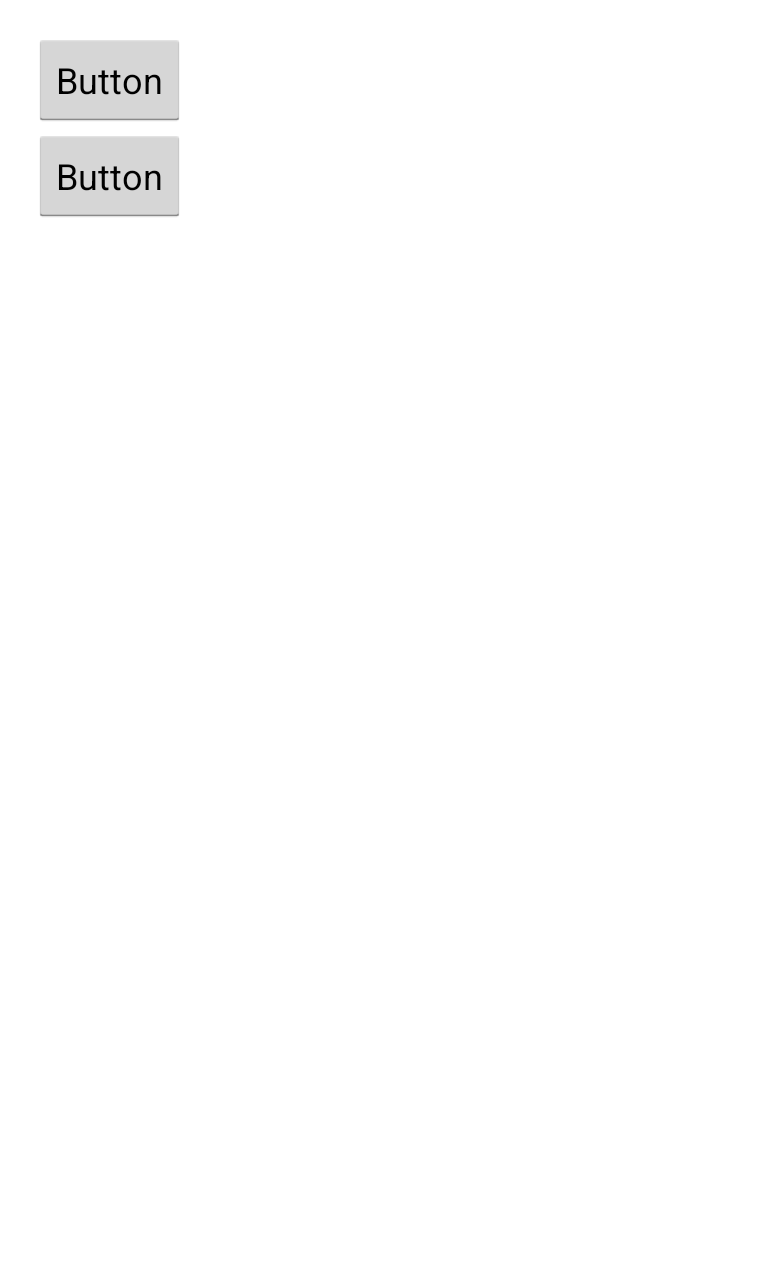
Repository: superlikex/Android_task
Layout: MusicPlayer/res/layout/activity_main.xml
These files come from the project's save history. The layout is drawn as it stood at one moment and after the next save; the edit follows.
It is drawn on a 768 x 1280 px phone screen (xhdpi) without system bars, with theme AppTheme; the app's code is not run.

Above is the layout before, as saved 2015-12-06 12:59:12.

After the next save:
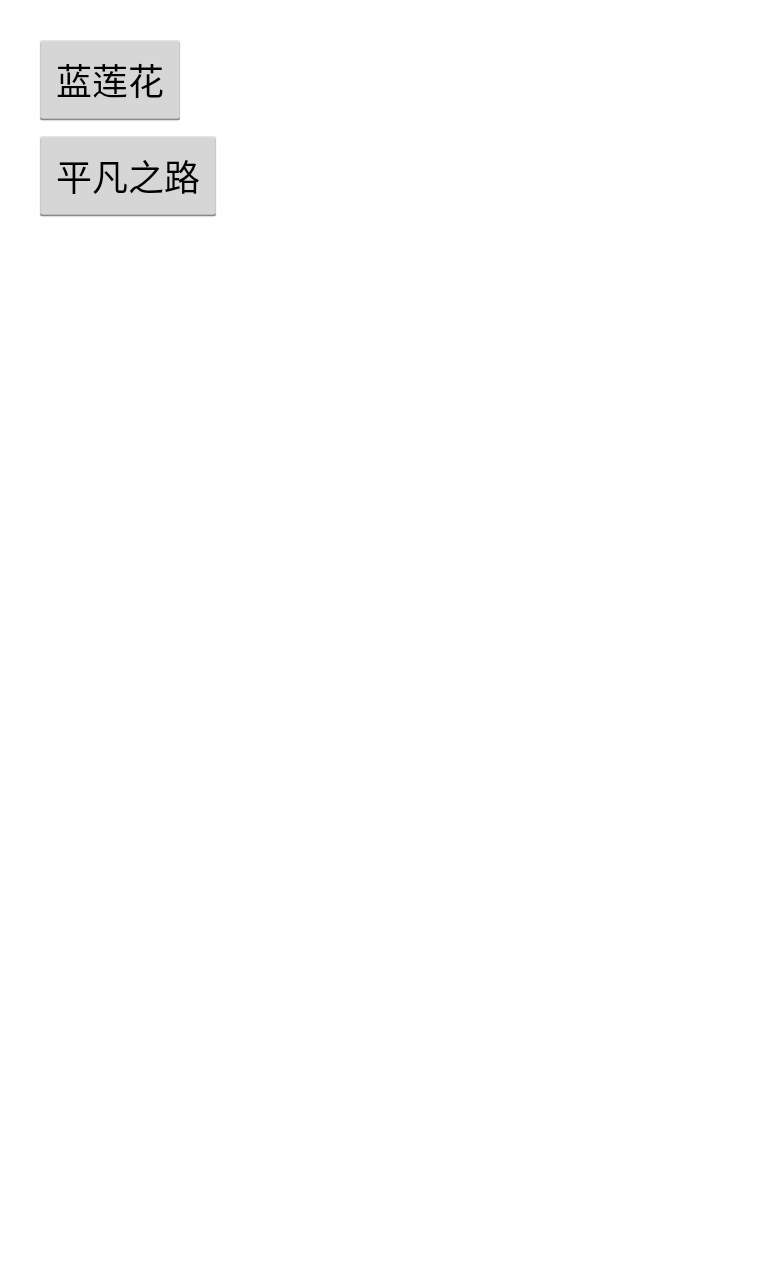
Saved 23 s later.
--- a/MusicPlayer/res/layout/activity_main.xml
+++ b/MusicPlayer/res/layout/activity_main.xml
@@ -13,13 +13,13 @@
         android:id="@+id/button1"
         android:layout_width="wrap_content"
         android:layout_height="wrap_content"
-        android:text="Button" />
+        android:text="蓝莲花" />
 
     <Button
         android:id="@+id/button2"
         android:layout_width="wrap_content"
         android:layout_height="wrap_content"
-        android:text="Button" />
+        android:text="平凡之路" />
 
 
 
